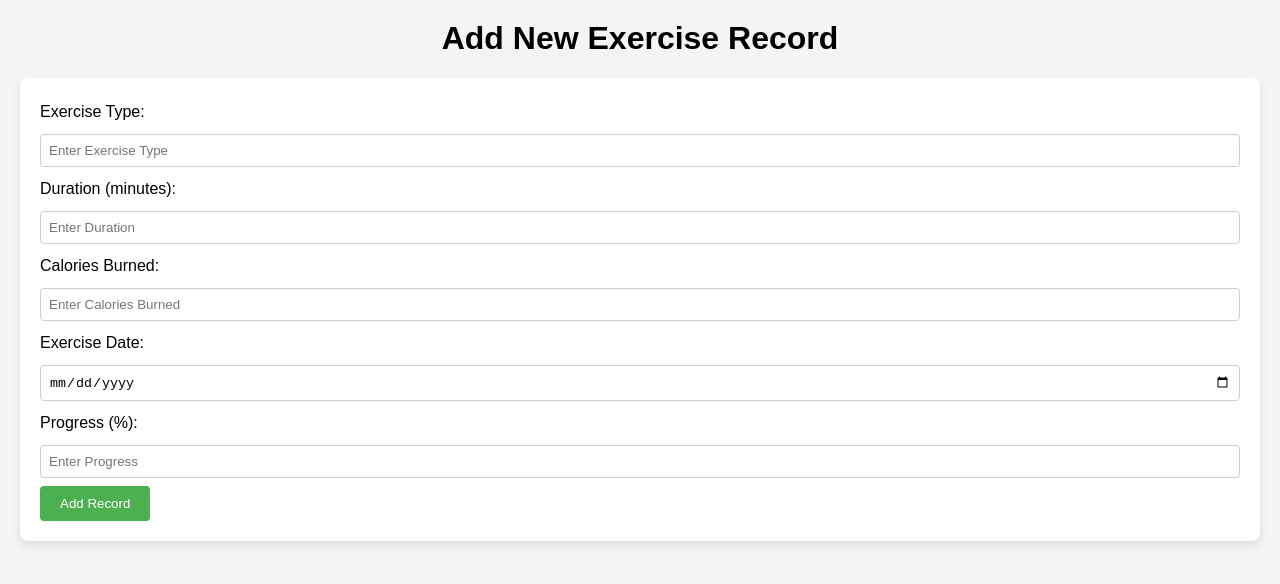
Repository: zilxhasu/eeit94-topic2
Page: http://localhost/topic2/jsp/fitness/addExerciseRecord.jsp
These files come from the project's save history. The page is drawn as it stood at one moment and after the next save; the edit follows.
The browser window is 1280 px wide. The pictures show the whole page.
The page is served by Tomcat 10. Nobody is signed in. The application's start-up code is not run. Other server files are loaded and not shown.

Above is the page before, as saved 2025-02-22 08:36:35.

### topic2/src/main/webapp/jsp/fitness/addExerciseRecord.jsp
<%@ page language="java" contentType="text/html; charset=UTF-8" pageEncoding="UTF-8"%>
<%@ taglib prefix="c" uri="http://java.sun.com/jsp/jstl/core" %>

<!DOCTYPE html>
<html lang="en">
<head>
    <meta charset="UTF-8">
    <meta name="viewport" content="width=device-width, initial-scale=1.0">
    <title>Add Exercise Record</title>
    <style>
        /* 表單樣式 */
        body {
            font-family: Arial, sans-serif;
            background-color: #f4f4f4;
            margin: 0;
            padding: 0;
        }

        h1 {
            text-align: center;
            margin-top: 20px;
        }

        form {
            margin: 20px;
            background-color: #fff;
            padding: 20px;
            border-radius: 8px;
            box-shadow: 0 4px 8px rgba(0, 0, 0, 0.1);
        }

        label {
            display: block;
            margin: 5px 0;
        }

        input, select {
            width: 100%;
            padding: 8px;
            margin: 8px 0;
            box-sizing: border-box;
            border-radius: 4px;
            border: 1px solid #ccc;
        }

        button {
            padding: 10px 20px;
            background-color: #4CAF50;
            color: white;
            border: none;
            border-radius: 4px;
            cursor: pointer;
        }

        button:hover {
            background-color: #45a049;
        }
    </style>
</head>
<body>
    <h1>Add New Exercise Record</h1>

    <!-- 用戶輸入 User ID -->
    <form action="../ExerciseRecordServlet" method="post">
        <input type="hidden" name="action" value="add">
   <!-- 隱藏欄位傳遞 userId -->
        <input type="hidden" name="userId" value="${userId}">

        <label>Exercise Type:</label>
        <input type="text" name="exerciseType" required placeholder="Enter Exercise Type">

        <label>Duration (minutes):</label>
        <input type="number" name="exerciseDuration" required placeholder="Enter Duration">

        <label>Calories Burned:</label>
        <input type="number" name="caloriesBurned" required placeholder="Enter Calories Burned">

        <label>Exercise Date:</label>
        <input type="date" name="exerciseDate" required>

        <label>Progress (%):</label>
        <input type="number" name="progressPercentage" required placeholder="Enter Progress">

        <button type="submit">Add Record</button>
    </form>
</body>
</html>

After the next save:
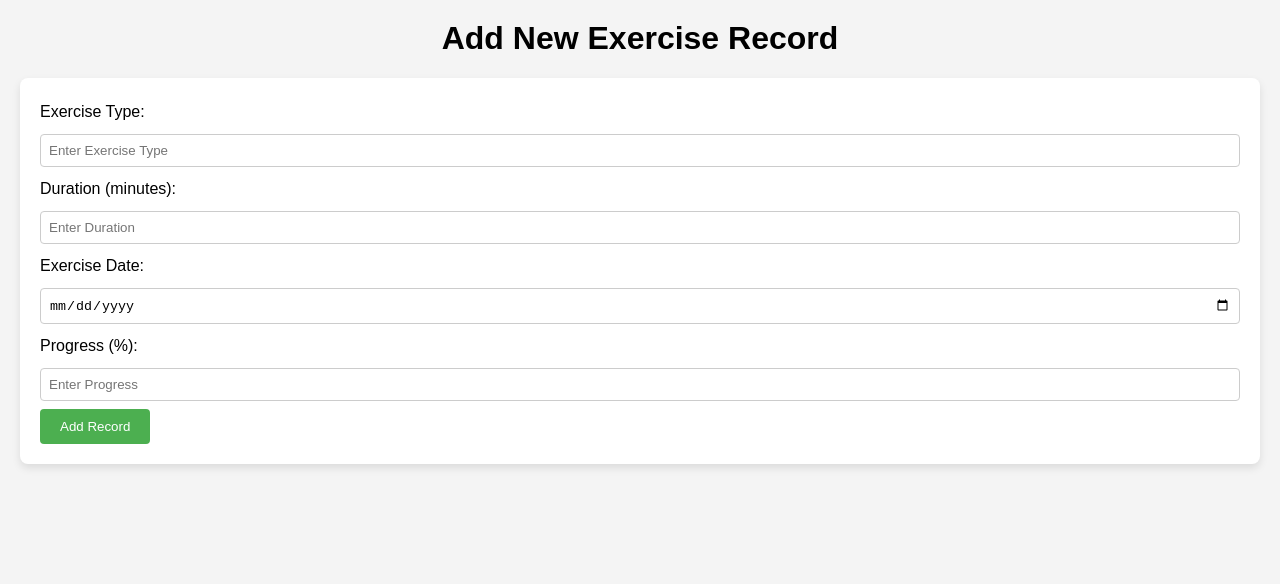
Saved 2 min 19 s later.
--- a/topic2/src/main/webapp/jsp/fitness/addExerciseRecord.jsp
+++ b/topic2/src/main/webapp/jsp/fitness/addExerciseRecord.jsp
@@ -63,7 +63,8 @@
     <!-- 用戶輸入 User ID -->
     <form action="../ExerciseRecordServlet" method="post">
         <input type="hidden" name="action" value="add">
-   <!-- 隱藏欄位傳遞 userId -->
+
+        <!-- 隱藏欄位傳遞 userId -->
         <input type="hidden" name="userId" value="${userId}">
 
         <label>Exercise Type:</label>
@@ -71,9 +72,6 @@
 
         <label>Duration (minutes):</label>
         <input type="number" name="exerciseDuration" required placeholder="Enter Duration">
-
-        <label>Calories Burned:</label>
-        <input type="number" name="caloriesBurned" required placeholder="Enter Calories Burned">
 
         <label>Exercise Date:</label>
         <input type="date" name="exerciseDate" required>

After the save that followed:
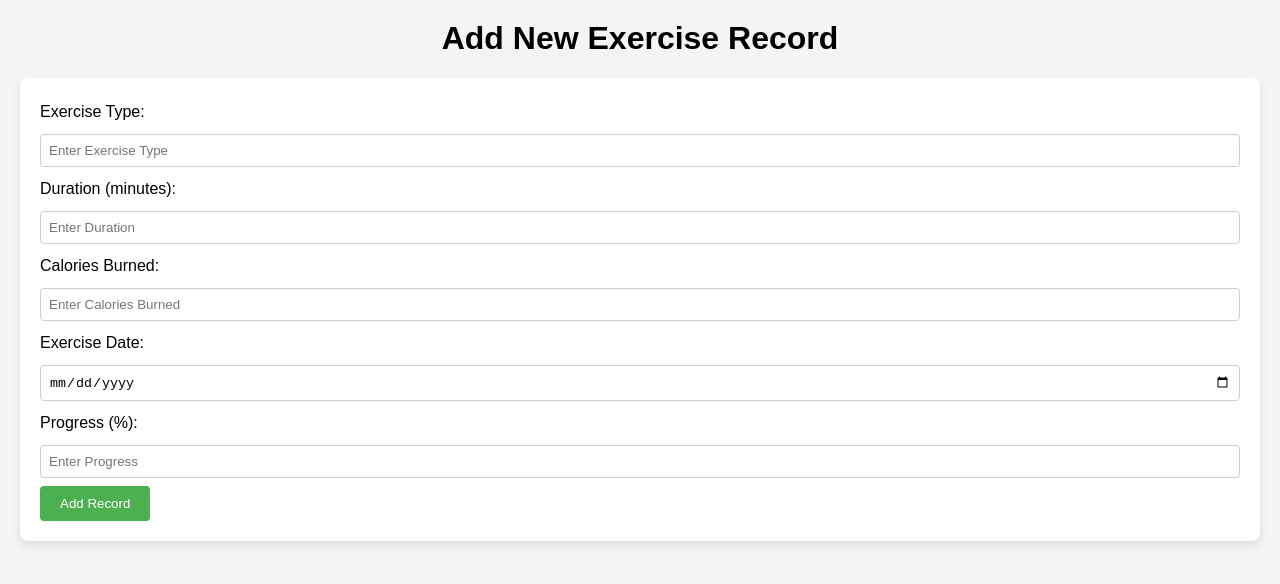
Saved 36 s later.
--- a/topic2/src/main/webapp/jsp/fitness/addExerciseRecord.jsp
+++ b/topic2/src/main/webapp/jsp/fitness/addExerciseRecord.jsp
@@ -63,8 +63,7 @@
     <!-- 用戶輸入 User ID -->
     <form action="../ExerciseRecordServlet" method="post">
         <input type="hidden" name="action" value="add">
-
-        <!-- 隱藏欄位傳遞 userId -->
+   <!-- 隱藏欄位傳遞 userId -->
         <input type="hidden" name="userId" value="${userId}">
 
         <label>Exercise Type:</label>
@@ -72,6 +71,9 @@
 
         <label>Duration (minutes):</label>
         <input type="number" name="exerciseDuration" required placeholder="Enter Duration">
+
+        <label>Calories Burned:</label>
+        <input type="number" name="caloriesBurned" required placeholder="Enter Calories Burned">
 
         <label>Exercise Date:</label>
         <input type="date" name="exerciseDate" required>
